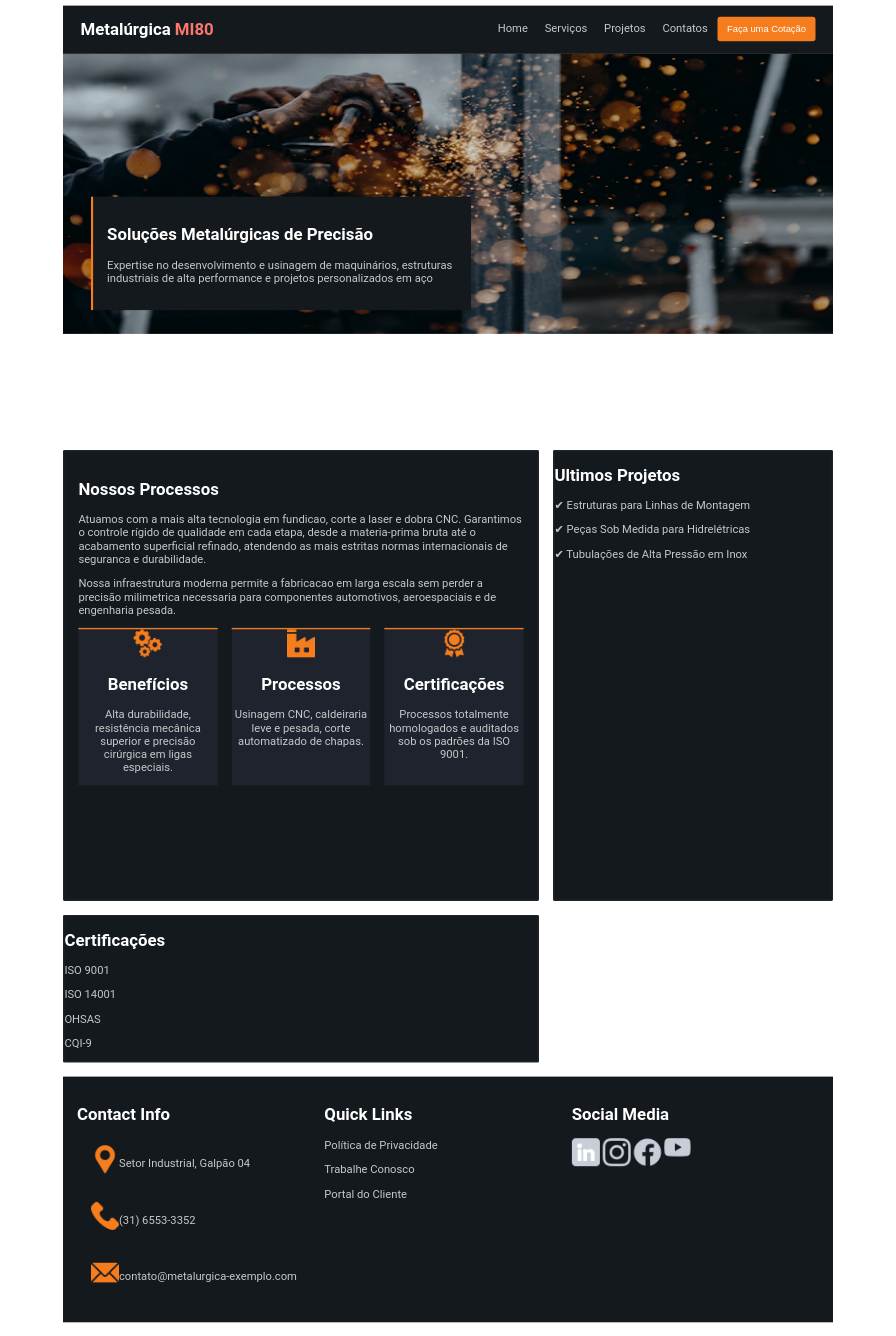
Repository: guiCherpinski/landing-page-metalurgica
Page: index.html
The author's editor kept a copy of each file at every save. The page is drawn from the files as they stood at one save, then again after a run of saves.
The browser window is 1280 px wide. The pictures show the whole page, at 70% of full size.

Above is the page before, as saved 2026-06-08 14:54:55.

### index.html
<!DOCTYPE html>
<html lang="pt-br">
<head>
    <meta charset="UTF-8">
    <meta name="viewport" content="width=device-width, initial-scale=1.0">
    <title>Metalúrgica</title>
    <link rel="stylesheet" href="style.css">
</head>
<body>
    <header>
        <nav>
            <h1>Metalúrgica <span>MI80</span></h1>

            <div class = "buttons">
                <a href="/">Home</a>
                <a href="/">Serviços</a>
                <a href="/">Projetos</a>
                <a href="/">Contatos</a>
                <button>Faça uma Cotação</button>
            </div>
        </nav>
    </header>

    <main>
        <section class = "hero-section">
            <img src="./img/homem-serrando.png" alt="Foto de um Soldador">
            <div class = "text-hero">
                <h2>Soluções Metalúrgicas de Precisão</h2>
                <p>Expertise no desenvolvimento e usinagem de maquinários, estruturas industriais de alta performance e projetos personalizados em aço</p>
            </div>
        </section>
    </main>

    <section class = "all-sections">
        <section class = "our-process">

            <h2>Nossos Processos</h2>

            <p>Atuamos com a mais alta tecnologia em fundicao, corte a laser e dobra CNC. Garantimos o
                controle rígido de qualidade em cada etapa, desde a materia-prima bruta até o acabamento
                superficial refinado, atendendo as mais estritas normas internacionais de seguranca e
                durabilidade.
            </p>

            <p>Nossa infraestrutura moderna permite a fabricacao em larga escala sem perder a precisão
                milimetrica necessaria para componentes automotivos, aeroespaciais e de engenharia
                pesada.
            </p>

            <section class = "articles">
                <article class = "article-benefits">
                    <img src="./img/settings-gears.png" alt="Icone de engrenagens">
                    <h2>Benefícios</h2>
                    <p>Alta durabilidade, resistência mecânica superior e precisão cirúrgica em ligas especiais.</p>
                </article>

                <article class = "article-process">
                    <img src="./img/industry.png" alt="Icone de industria">
                    <h2>Processos</h2>
                    <p>Usinagem CNC, caldeiraria leve e pesada, corte automatizado de chapas.</p>
                </article>

                <article class = "article-certificates">
                    <img src="./img/medal.png" alt="Icone de medalha">
                    <h2>Certificações</h2>
                    <p>Processos totalmente homologados e auditados sob os padrões da ISO 9001.</p>
                </article>
            </section>
        </section>


        <section class = "last-projects">
            <h2>Ultimos Projetos</h2>
            <p>✔ Estruturas para Linhas de Montagem </p>
            <p>✔ Peças Sob Medida para Hidrelétricas</p>
            <p>✔ Tubulações de Alta Pressão em Inox</p>
        </section>

        <section class = "certificates">
            <h2>Certificações</h2>
            <p>ISO 9001</p>
            <p>ISO 14001</p>
            <p>OHSAS</p>
            <p>CQI-9</p>
        </section>

    </section>


    <footer class = "rodape">
        <section>
            <h2>Contact Info</h2>

            <article class = "text-rodape">
                <img src="./img/placeholder.png" alt="Icone pin">
                <p>Setor Industrial, Galpão 04</p>
            </article>

            <article class = "text-rodape">
                <img src="./img/phone-call.png" alt="Icone de telefone">
                <p>(31) 6553-3352</p>
            </article>

            <article class = "text-rodape   ">
                <img src="./img/email.png" alt="Icone email">
                <p>contato@metalurgica-exemplo.com</p>
            </article>
        </section>

        <section>
            <h2>Quick Links</h2>
            <p>Política de Privacidade</p>
            <p>Trabalhe Conosco</p>
            <p>Portal do Cliente</p>
        </section>

        <section>
            <h2>Social Media</h2>
            <img src="./img/linkedin.png" alt="Icone linkedin">
            <img src="./img/instagram.png" alt="Icone instagram">
            <img src="./img/facebook.png" alt="Icone facebook">
            <img src="./img/youtube.png" alt="Icone youtube">
        </section>
    </footer>


</body>
</html>

### style.css
body{
    font-family: 'Roboto' , sans-serif;
    justify-items: center;
    /*background: #0A0A14;*/
}

header{
    background: #14191E;
    width: 1100px;
    border-bottom: 1px solid #2D2929;
}

header h1{
    color: white;
}

header h1 span {
    color: #FA776E;
}

header nav {
    display: flex;
    align-items: center;
    justify-content: space-between;
    margin-left: 25px;
    margin-right: 25px;
}

header nav a {
    margin-left: 10px;
    margin-right: 10px;
    text-decoration: none;
    color: #C8C8C8;
}


header button {
    width:140px;
    height: 35px;
    background: #F57D1E;
    border: none;
    border-radius: 4px;
    color: white;
}

header button:hover{
    cursor: pointer;
    background:#CC5500;
}

.hero-section img{
    width: 1100px;
    height: 400px;
}

.text-hero{
    background: #14191E;
    border-left: 3px solid #F57D1E;
    width: 500px;
    padding: 20px;
    position: relative;
    bottom: 200px;
    left: 40px;
}

.text-hero h2{
    color: white;
}

.text-hero p{
    color: #c8c8c8;
}

.articles{
    display: grid;
    grid-template-columns: 1fr 1fr 1fr;
    gap: 20px;
}

.our-process{
    background: #14191E;
    height: 600px;
    border: 2px solid #1F242C;
    border-radius: 2px;
    padding: 20px;
}

.our-process h2{
    color: white;
}

.our-process p{
    color: #c8c8c8;
}

.our-process img{
    width: 40px;
    height: 40px;
}

.article-benefits{
    background: #1E232D;
    border-top: 2px solid #F27B1E;
    text-align: center;
}

.article-process{
    background: #1E232D;
    border-top: 2px solid #F27B1E;
    text-align: center;
}

.article-certificates{
    background: #1E232D;
    border-top: 2px solid #F27B1E;
    text-align: center;
}

.last-projects{
    background: #14191E;
    border: 2px solid #1F242C;
    border-radius: 2px;
}

.last-projects h2{
    color: white;
}

.last-projects p {
    color: #c8c8c8;
}

.certificates{
    background: #14191E;
    border: 2px solid #1F242C;
    border-radius: 2px;
}

.certificates h2{
    color: white;
}

.certificates p{
    color: #c8c8c8;
}

.all-sections{
    display: grid;
    grid-template-columns: 680px 400px;
    gap: 20px;
}

.rodape{
    padding: 20px;
    width: 1060px;
    margin: 20px;
    display: grid;
    grid-template-columns: 1fr 1fr 1fr;
    background: #14191E;
}

.rodape h2{
    color: white;
}

.rodape p{
    color: #c8c8c8;
}

.rodape img {
    width: 40px;
    height: 40px;
}

.text-rodape{
    display: flex;
    margin: 10px;
    padding: 10px;
}

After the next 3 saves:
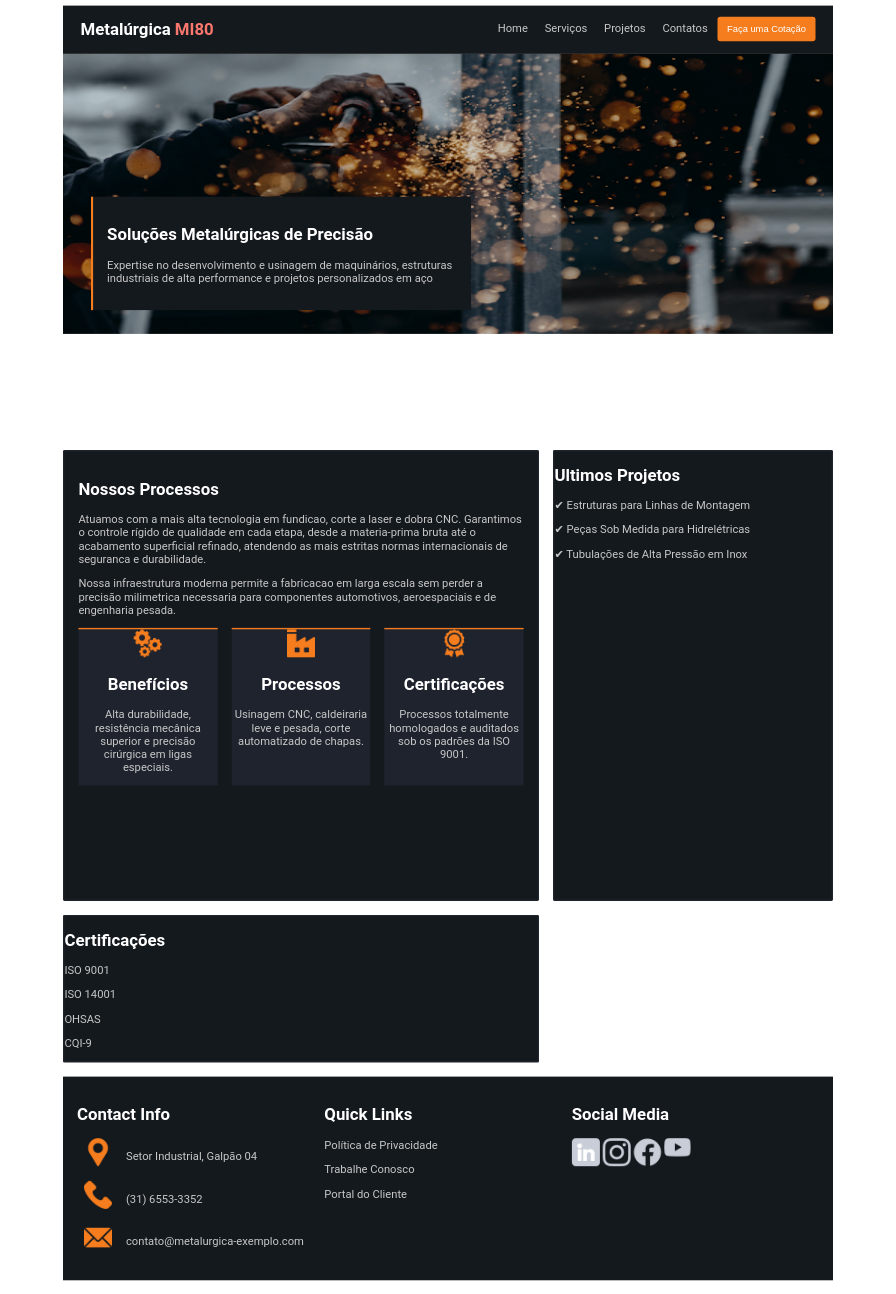
The 3 saves are shown as one change because they came seconds apart.
The last was saved 9 s later.
--- a/style.css
+++ b/style.css
@@ -175,5 +175,5 @@ header button:hover{
 .text-rodape{
     display: flex;
     margin: 10px;
-    padding: 10px;
+    gap: 20px;
 }
